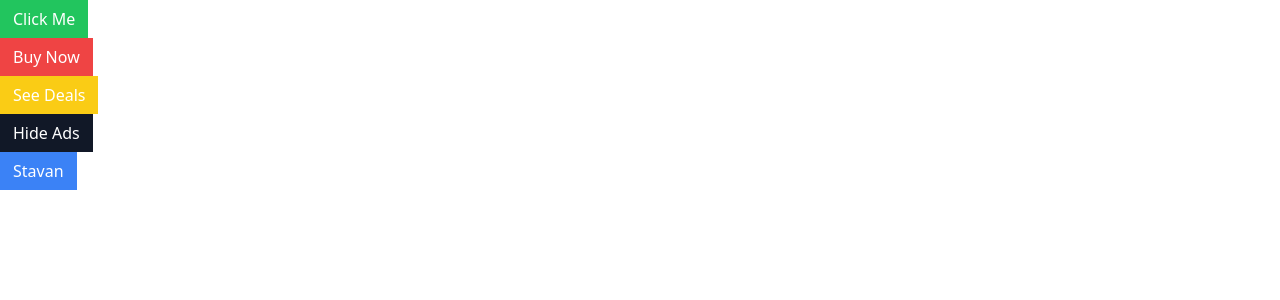
Repository: stavan30/components
Page: /
An editor plug-in stored every save of this project. The page is shown before and after the next save, followed by the edit.
The browser window is 1280 px wide. The pictures show the whole page.
The project was rebuilt for these pictures with package versions that can differ from the ones it lists, and the page was loaded fresh each time.

Above is the page before, as saved 2024-03-12 00:30:54.

### src/index.js
import React from "react";
import ReactDOM from 'react-dom/client'
import './index.css'
import App from './App'

const el = document.getElementById('root')
const root = ReactDOM.createRoot(el)

root.render(<App/>)

### src/App.js
import React from 'react'
import Button from './Button'


const App = () => {
  return (
    <div>
        <div>
            <Button success rounded outline>Click Me</Button>
        </div>
        <div>
            <Button danger outline>Buy Now</Button>
        </div>
        <div>
            <Button warning>See Deals</Button>
        </div>
        <div>
            <Button secondary outline>Hide Ads</Button>
        </div>
        <div>
            <Button primary rounded>Stavan</Button>
        </div>
    </div>
  )
}

export default App

### src/Button.js
import React from 'react'
import className from 'classnames'

const Button = ({
    children,
    primary,
    secondary,
    success,
    warning,
    danger,
    outline,
    rounded
}) => {

    const classes = className('px-3 py-1.5 border', {
        'border-blue-500 bg-blue-500 text-white': primary,
        'border-gray-900 bg-gray-900 text-white': secondary,
        'border-green-500 bg-green-500 text-white': success,
        'border-yellow-400 bg-yellow-400 text-white': warning,
        'border-red-500 bg-red-500 text-white': danger,
    })

  return (
    <button className={classes}>{children}</button>
  )
}

Button.propTypes = {
    checkVariationValue: ( {primary, secondary, success, warning, danger} )=>{
        const count = Number(!!primary)
            + Number(!!secondary)
            + Number(!!success)
            + Number(!!warning)
            + Number(!!danger);

            if (count > 1) {
                return new Error("Error")
            }
    }

    }


export default Button

Loaded but not shown: public/index.html (common file); src/index.css (common file); tailwind.config.js (common file)

After the next save:
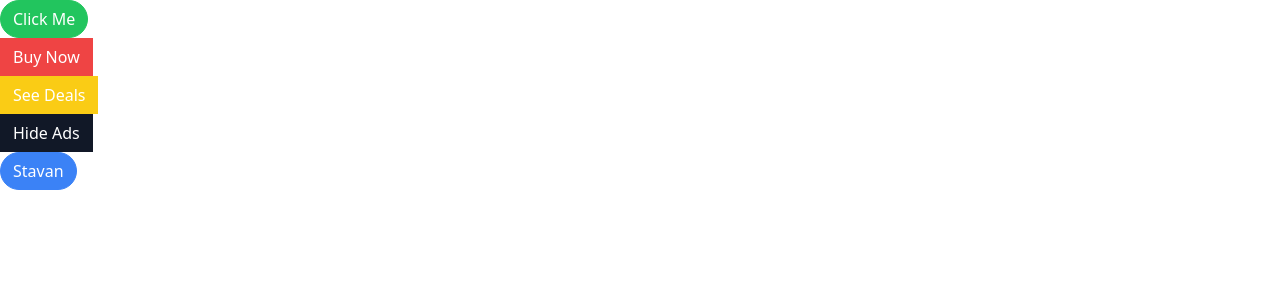
Saved 13 min 32 s later.
--- a/src/Button.js
+++ b/src/Button.js
@@ -18,6 +18,7 @@ const Button = ({
         'border-green-500 bg-green-500 text-white': success,
         'border-yellow-400 bg-yellow-400 text-white': warning,
         'border-red-500 bg-red-500 text-white': danger,
+        'rounded-full': rounded,
     })
 
   return (
